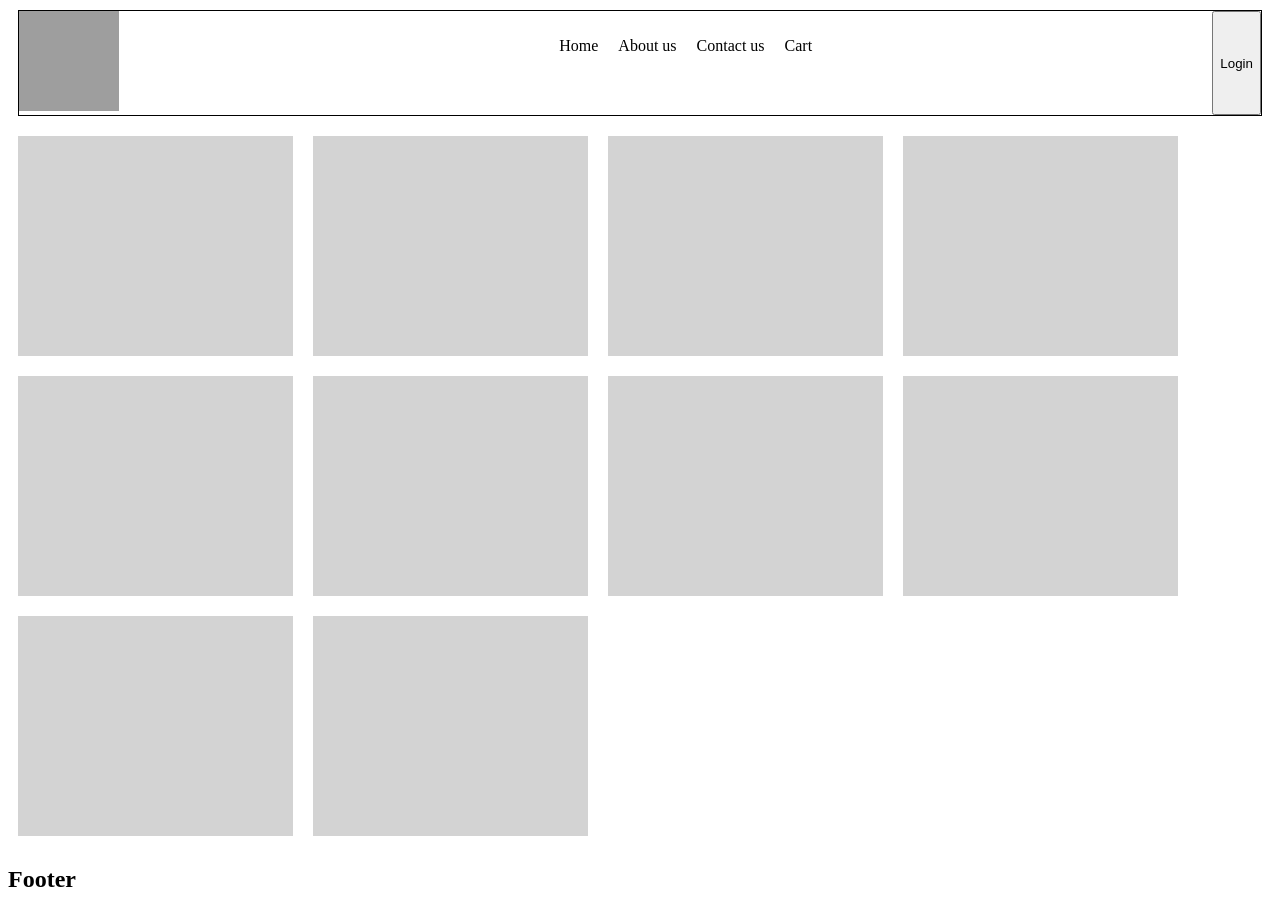
Repository: shivamv97/FOOD-VILLA-APP
Page: /
An editor plug-in stored every save of this project. The page is shown before and after the next save, followed by the edit.
The browser window is 1280 px wide. The pictures show the whole page.
Pictures or frames that could not be fetched are drawn as grey boxes. The page's requests for data from a server got no answer. The project was rebuilt for these pictures with package versions that can differ from the ones it lists, and the page was loaded fresh each time. No one was signed in, and anything a server would have sent is missing. Also part of the build but not shown: src/components/RestaurantCards.js.

Above is the page before, as saved 2024-08-05 11:14:37.

### index.html
<!DOCTYPE html>
<html lang="en">
  <head>
    <meta charset="UTF-8" />
    <meta name="viewport" content="width=device-width, initial-scale=1.0" />
    <title>Learning REACT</title>
    <link rel="stylesheet" href="style.css" />
  </head>
  <body>
    <div id="root">Not Rendered</div>
    <!-- <script
      crossorigin
      src="https://unpkg.com/react@18/umd/react.development.js"
    ></script>
    <script
      crossorigin
      src="https://unpkg.com/react-dom@18/umd/react-dom.development.js"
    ></script> -->
    <script type="module" src="src/App.js"></script>
  </body>
</html>

### style.css
.header {
  display: flex;
  justify-content: space-between;
  margin: 10px;
  border: 1px solid black;
}
.nav-items > ul {
  list-style-type: none;
  display: flex;
}

.nav-items > ul > li {
  padding: 10px;
}
.logo {
  width: 100px;
  height: 100px;
}

.card {
  width: 255px;
  border: 1px solid black;
  padding: 10px;
  margin: 10px;
  overflow-wrap: break-word;
}

.card > img {
  width: 100%;
}

.restaurant-list {
  display: flex;
  flex-wrap: wrap;
}

.shimmer-card {
  width: 255px;
  height: 200px;
  background: lightgrey;
  margin: 10px;
  padding: 10px;
}

### src/App.js
import React from "react";
import ReactDOM from "react-dom/client";
import HeaderComponent from "./components/Title";
import Body from "./components/Body";
import Footer from "./components/Footer";
import { createBrowserRouter, RouterProvider } from "react-router-dom";
import About from "./components/About";

const AppLayout = () => {
  return (
    <>
      <HeaderComponent />
      <Body />
      <Footer />
    </>
  );
};

const appRouter = createBrowserRouter([
  {
    path: "/",
    element: <AppLayout />,
  },
  {
    path: "/About",
    element: <About />,
  },
]);

const root = ReactDOM.createRoot(document.getElementById("root"));

root.render(<RouterProvider router={appRouter} />);
//root will render according to the AppRouter

### src/components/Title.js
import { useState } from "react";

const LoggedInUser = () => {
  //API used for authentication
  return true;
};

const Title = () => (
  <a href="/ ">
    <img
      className="logo"
      alt="logo"
      src="https://encrypted-tbn0.gstatic.com/images?q=tbn:ANd9GcTJtFXKFKFoihdrJEvX4jBtXqfcO2kJ0KAlIg&s"
    />
  </a>
);

const HeaderComponent = () => {
  const [isLoggedIn, setisLoggedIn] = useState(false);
  return (
    <div className="header">
      <Title />
      <div className="nav-items">
        <ul>
          <li>Home</li>
          <li>About us</li>
          <li>Contact us</li>
          <li>Cart</li>
        </ul>
      </div>
      {isLoggedIn ? (
        <button onClick={() => setisLoggedIn(false)}>Logout</button>
      ) : (
        <button onClick={() => setisLoggedIn(true)}>Login</button>
      )}
    </div>
  );
};

export default HeaderComponent;

### src/components/Body.js
import { restaurantlist } from "../config";
import RestrauntCard from "./RestaurantCards";
import { useState, useEffect } from "react";
import Shimmer from "./shimmer";

function filterdata(searchText, restaurants) {
  return restaurants.filter((restaurant) =>
    restaurant.info.name.toLowerCase().includes(searchText.toLowerCase())
  );
}

const Body = () => {
  // const searchTxt = "KFC"; //for reference...(IN JS)
  const [AllRestaurants, setAllRestaurants] = useState([]);
  const [FilteredRestaurants, setFilteredRestaurants] = useState([]); //restaurantlist
  const [searchText, setsearchText] = useState(""); //To create state variable.......(IN REACT)
  // console.log("render()");

  useEffect(() => {
    //API call
    GetRestaurants();
  }, []);

  async function GetRestaurants() {
    const data = await fetch(
      "https://www.swiggy.com/dapi/restaurants/list/v5?lat=28.7040592&lng=77.10249019999999&collection=83667"
    );
    const json = await data.json();
    console.log(json);
    //you have to make change only in line 32,in cards[i],where i is keep changing in the above api link,try from 0-11
    //it's an config-driven UI,Hence,it's Grid Element position keeps on changing.......
    setAllRestaurants(
      json?.data?.cards[1]?.card?.card?.gridElements?.infoWithStyle?.restaurants
    );
    setFilteredRestaurants(
      json?.data?.cards[1]?.card?.card?.gridElements?.infoWithStyle?.restaurants
    );
  }

  console.log("render");

  //Don't render component(Early Return)
  // if (!AllRestaurants) return null;
  // if (FilteredRestaurants?.length === 0) return <h1>No Restaurants Found!</h1>;

  //Conditional rendering
  return AllRestaurants?.length == 0 ? (
    <Shimmer />
  ) : (
    <>
      <div className="search-box">
        <input
          type="text"
          className="search-input"
          placeholder="Search"
          value={searchText}
          onChange={(e) => {
            setsearchText(e.target.value);
          }}
        />
        <button
          className="search-btn"
          onClick={() => {
            //filter the data according to need
            const data = filterdata(searchText, AllRestaurants);
            setFilteredRestaurants(data);
            //need to update the state-restaurants
          }}
        >
          Search
        </button>
      </div>
      <div className="restaurant-list">
        {
          FilteredRestaurants.map((restaurant) => {
            return (
              <RestrauntCard key={restaurant.info.id} {...restaurant.info} />
            );
          })
          //H.W. => 1.PROPER PLACE FOR NO RESTAURANTS FOUND   2.SEARCH WENT OFF WHEN IT IS SHOWING NO RESTAURANTS FOUND..........
        }
      </div>
    </>
  );
};

export default Body;

### src/components/Footer.js
const Footer = () => {
  return <h2>Footer</h2>;
};

export default Footer;

### src/config.js
//PUT MY all Hard Coded File Here
export const Img_cdn_url =
  "https://media-assets.swiggy.com/swiggy/image/upload/fl_lossy,f_auto,q_auto,w_660/";

//Config Driven UI
export const restaurantlist = [
  //public API of Swiggy
  {
    "@type": "type.googleapis.com/swiggy.presentation.food.v2.Restaurant",
    info: {
      id: "8561",
      name: "Mughlai Junction",
      cloudinaryImageId: "tnl2yuuxi8zjbgru6iqj",
      locality: "Connaught Place",
      areaName: "Connaught Place",
      costForTwo: "₹600 for two",
      cuisines: ["Mughlai", "North Indian", "Tandoor"],
      avgRating: 4.3,
      parentId: "5354",
      avgRatingString: "4.3",
      totalRatingsString: "10K+",
      promoted: true,
      adTrackingId:
        "cid=15007607~p=0~adgrpid=15007607#ag1~mp=SWIGGY_IN~bl=FOOD~aet=RESTAURANT~aeid=8561~eid=321f01bc-98c6-405c-89d6-b18422bb8f70~srvts=1721229990431~collid=83639",
      sla: {
        deliveryTime: 37,
        lastMileTravel: 4.8,
        serviceability: "SERVICEABLE",
        slaString: "35-40 mins",
        lastMileTravelString: "4.8 km",
        iconType: "ICON_TYPE_EMPTY",
      },
      availability: {
        nextCloseTime: "2024-07-17 23:00:00",
        opened: true,
      },
      badges: {},
      isOpen: true,
      type: "F",
      badgesV2: {
        entityBadges: {
          textExtendedBadges: {},
          textBased: {},
          imageBased: {},
        },
      },
      aggregatedDiscountInfoV3: {
        header: "10% OFF",
        subHeader: "UPTO ₹35",
      },
      orderabilityCommunication: {
        title: {},
        subTitle: {},
        message: {},
        customIcon: {},
      },
      differentiatedUi: {
        displayType: "ADS_UI_DISPLAY_TYPE_ENUM_DEFAULT",
        differentiatedUiMediaDetails: {
          mediaType: "ADS_MEDIA_ENUM_IMAGE",
          lottie: {},
          video: {},
        },
      },
      reviewsSummary: {},
      displayType: "RESTAURANT_DISPLAY_TYPE_DEFAULT",
      restaurantOfferPresentationInfo: {},
      externalRatings: {
        aggregatedRating: {
          rating: "4.4",
          ratingCount: "1K+",
        },
        source: "GOOGLE",
        sourceIconImageId: "v1704440323/google_ratings/rating_google_tag",
      },
      ratingsDisplayPreference: "RATINGS_DISPLAY_PREFERENCE_SHOW_SWIGGY",
    },
    analytics: {},
    cta: {
      link: "swiggy://menu?restaurant_id=8561&source=collection&query=Biryani",
      text: "RESTAURANT_MENU",
      type: "DEEPLINK",
    },
    widgetId: "collectionV5RestaurantListWidget_SimRestoRelevance_food",
  },

  {
    "@type": "type.googleapis.com/swiggy.presentation.food.v2.Restaurant",
    info: {
      id: "817359",
      name: "Zahra Restaurant & Cafe",
      cloudinaryImageId: "asaqtuuszx7hzmxpnfpo",
      locality: "Old Delhi",
      areaName: "Old Delhi",
      costForTwo: "₹300 for two",
      cuisines: ["Indian", "Tandoor", "Kebabs", "Snacks", "Biryani"],
      avgRating: 4.3,
      parentId: "229129",
      avgRatingString: "4.3",
      totalRatingsString: "100+",
      sla: {
        deliveryTime: 29,
        lastMileTravel: 1.3,
        serviceability: "SERVICEABLE",
        slaString: "25-30 mins",
        lastMileTravelString: "1.3 km",
        iconType: "ICON_TYPE_EMPTY",
      },
      availability: {
        nextCloseTime: "2024-07-17 22:59:00",
        opened: true,
      },
      badges: {},
      isOpen: true,
      type: "F",
      badgesV2: {
        entityBadges: {
          textExtendedBadges: {},
          textBased: {},
          imageBased: {},
        },
      },
      aggregatedDiscountInfoV3: {
        header: "50% OFF",
        subHeader: "UPTO ₹100",
      },
      orderabilityCommunication: {
        title: {},
        subTitle: {},
        message: {},
        customIcon: {},
      },
      differentiatedUi: {
        displayType: "ADS_UI_DISPLAY_TYPE_ENUM_DEFAULT",
        differentiatedUiMediaDetails: {
          mediaType: "ADS_MEDIA_ENUM_IMAGE",
          lottie: {},
          video: {},
        },
      },
      reviewsSummary: {},
      displayType: "RESTAURANT_DISPLAY_TYPE_DEFAULT",
      restaurantOfferPresentationInfo: {},
      externalRatings: {
        aggregatedRating: {
          rating: "--",
        },
      },
      ratingsDisplayPreference: "RATINGS_DISPLAY_PREFERENCE_SHOW_SWIGGY",
    },
    analytics: {},
    cta: {
      link: "swiggy://menu?restaurant_id=817359&source=collection&query=Biryani",
      text: "RESTAURANT_MENU",
      type: "DEEPLINK",
    },
    widgetId: "collectionV5RestaurantListWidget_SimRestoRelevance_food",
  },

  {
    "@type": "type.googleapis.com/swiggy.presentation.food.v2.Restaurant",
    info: {
      id: "81523",
      name: "Amma Mess",
      cloudinaryImageId: "a09jpzja1zusso85bbmz",
      locality: "Karol Bagh",
      areaName: "Karol Bagh",
      costForTwo: "₹300 for two",
      cuisines: ["South Indian"],
      avgRating: 4.5,
      parentId: "15687",
      avgRatingString: "4.5",
      totalRatingsString: "10K+",
      promoted: true,
      adTrackingId:
        "cid=15010070~p=1~adgrpid=15010070#ag1~mp=SWIGGY_IN~bl=FOOD~aet=RESTAURANT~aeid=81523~eid=b2807d99-426d-4265-8bac-9448c8101a5f~srvts=1721229990431~collid=83639",
      sla: {
        deliveryTime: 37,
        lastMileTravel: 6.3,
        serviceability: "SERVICEABLE",
        slaString: "35-40 mins",
        lastMileTravelString: "6.3 km",
        iconType: "ICON_TYPE_EMPTY",
      },
      availability: {
        nextCloseTime: "2024-07-17 22:30:00",
        opened: true,
      },
      badges: {},
      isOpen: true,
      aggregatedDiscountInfoV2: {},
      type: "F",
      badgesV2: {
        entityBadges: {
          textBased: {},
          imageBased: {},
          textExtendedBadges: {},
        },
      },
      orderabilityCommunication: {
        title: {},
        subTitle: {},
        message: {},
        customIcon: {},
      },
      differentiatedUi: {
        displayType: "ADS_UI_DISPLAY_TYPE_ENUM_DEFAULT",
        differentiatedUiMediaDetails: {
          mediaType: "ADS_MEDIA_ENUM_IMAGE",
          lottie: {},
          video: {},
        },
      },
      reviewsSummary: {},
      displayType: "RESTAURANT_DISPLAY_TYPE_DEFAULT",
      restaurantOfferPresentationInfo: {},
      externalRatings: {
        aggregatedRating: {
          rating: "4.2",
          ratingCount: "1K+",
        },
        source: "GOOGLE",
        sourceIconImageId: "v1704440323/google_ratings/rating_google_tag",
      },
      ratingsDisplayPreference: "RATINGS_DISPLAY_PREFERENCE_SHOW_SWIGGY",
    },
    analytics: {},
    cta: {
      link: "swiggy://menu?restaurant_id=81523&source=collection&query=Biryani",
      text: "RESTAURANT_MENU",
      type: "DEEPLINK",
    },
    widgetId: "collectionV5RestaurantListWidget_SimRestoRelevance_food",
  },

  {
    "@type": "type.googleapis.com/swiggy.presentation.food.v2.Restaurant",
    info: {
      id: "144716",
      name: "Mughlai Invitation",
      cloudinaryImageId: "a4530760ed2ff35b487605618cc6dc45",
      areaName: "Chandni Chowk",
      costForTwo: "₹200 for two",
      cuisines: ["Indian", "Mughlai", "Biryani", "Sweets"],
      avgRating: 4.6,
      parentId: "141076",
      avgRatingString: "4.6",
      totalRatingsString: "100+",
      sla: {
        deliveryTime: 30,
        lastMileTravel: 1.5,
        serviceability: "SERVICEABLE",
        slaString: "30-35 mins",
        lastMileTravelString: "1.5 km",
        iconType: "ICON_TYPE_EMPTY",
      },
      availability: {
        nextCloseTime: "2024-07-17 22:59:00",
        opened: true,
      },
      badges: {},
      isOpen: true,
      aggregatedDiscountInfoV2: {},
      type: "F",
      badgesV2: {
        entityBadges: {
          textExtendedBadges: {},
          textBased: {},
          imageBased: {},
        },
      },
      orderabilityCommunication: {
        title: {},
        subTitle: {},
        message: {},
        customIcon: {},
      },
      differentiatedUi: {
        displayType: "ADS_UI_DISPLAY_TYPE_ENUM_DEFAULT",
        differentiatedUiMediaDetails: {
          mediaType: "ADS_MEDIA_ENUM_IMAGE",
          lottie: {},
          video: {},
        },
      },
      reviewsSummary: {},
      displayType: "RESTAURANT_DISPLAY_TYPE_DEFAULT",
      restaurantOfferPresentationInfo: {},
      externalRatings: {
        aggregatedRating: {
          rating: "4.8",
          ratingCount: "100+",
        },
        source: "GOOGLE",
        sourceIconImageId: "v1704440323/google_ratings/rating_google_tag",
      },
      ratingsDisplayPreference: "RATINGS_DISPLAY_PREFERENCE_SHOW_SWIGGY",
    },
    analytics: {},
    cta: {
      link: "swiggy://menu?restaurant_id=144716&source=collection&query=Biryani",
      text: "RESTAURANT_MENU",
      type: "DEEPLINK",
    },
    widgetId: "collectionV5RestaurantListWidget_SimRestoRelevance_food",
  },

  {
    "@type": "type.googleapis.com/swiggy.presentation.food.v2.Restaurant",
    info: {
      id: "64321",
      name: "Southern Masala",
      cloudinaryImageId: "14527e27a298304dd07904f777372cb5",
      locality: "Karol Bagh",
      areaName: "Karol Bagh",
      costForTwo: "₹350 for two",
      cuisines: ["Andhra", "Biryani", "South Indian", "Thalis"],
      avgRating: 3.9,
      parentId: "17286",
      avgRatingString: "3.9",
      totalRatingsString: "1K+",
      promoted: true,
      adTrackingId:
        "cid=15472783~p=2~adgrpid=15472783#ag1~mp=SWIGGY_IN~bl=FOOD~aet=RESTAURANT~aeid=64321~eid=785e1ed6-7474-46a2-ba9f-4a9325d5fabc~srvts=1721229990431~collid=83639",
      sla: {
        deliveryTime: 38,
        lastMileTravel: 5,
        serviceability: "SERVICEABLE",
        slaString: "35-40 mins",
        lastMileTravelString: "5.0 km",
        iconType: "ICON_TYPE_EMPTY",
      },
      availability: {
        nextCloseTime: "2024-07-17 22:00:00",
        opened: true,
      },
      badges: {},
      isOpen: true,
      type: "F",
      badgesV2: {
        entityBadges: {
          textBased: {},
          imageBased: {},
          textExtendedBadges: {},
        },
      },
      aggregatedDiscountInfoV3: {
        header: "₹125 OFF",
        subHeader: "ABOVE ₹199",
        discountTag: "FLAT DEAL",
      },
      orderabilityCommunication: {
        title: {},
        subTitle: {},
        message: {},
        customIcon: {},
      },
      differentiatedUi: {
        displayType: "ADS_UI_DISPLAY_TYPE_ENUM_DEFAULT",
        differentiatedUiMediaDetails: {
          mediaType: "ADS_MEDIA_ENUM_IMAGE",
          lottie: {},
          video: {},
        },
      },
      reviewsSummary: {},
      displayType: "RESTAURANT_DISPLAY_TYPE_DEFAULT",
      restaurantOfferPresentationInfo: {},
      externalRatings: {
        aggregatedRating: {
          rating: "4.1",
          ratingCount: "100+",
        },
        source: "GOOGLE",
        sourceIconImageId: "v1704440323/google_ratings/rating_google_tag",
      },
      ratingsDisplayPreference: "RATINGS_DISPLAY_PREFERENCE_SHOW_SWIGGY",
    },
    analytics: {},
    cta: {
      link: "swiggy://menu?restaurant_id=64321&source=collection&query=Biryani",
      text: "RESTAURANT_MENU",
      type: "DEEPLINK",
    },
    widgetId: "collectionV5RestaurantListWidget_SimRestoRelevance_food",
  },
];

### src/components/shimmer.js
const Shimmer = () => {
  return (
    <div className="restaurant-list">
      {Array(10)
        .fill("")
        .map((e, index) => (
          <div key={index} className="shimmer-card"></div>
        ))}
    </div>
  );
};

export default Shimmer;

### src/components/About.js
const About = () => {
  return (
    <div>
      <h1>About us Page</h1>
    </div>
  );
};

export default About;

After the next save:
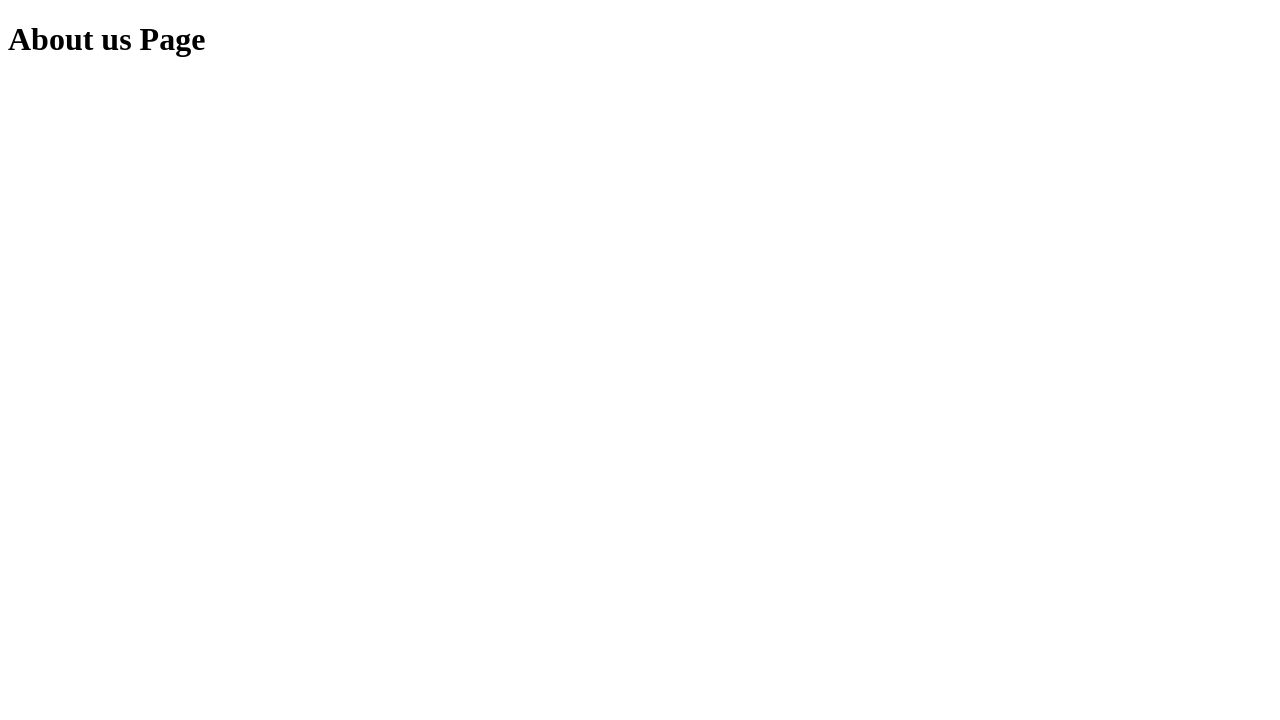
Saved 9 min 22 s later.
--- a/src/App.js
+++ b/src/App.js
@@ -29,5 +29,5 @@
 
 const root = ReactDOM.createRoot(document.getElementById("root"));
 
-root.render(<RouterProvider router={appRouter} />);
+root.render(<About />);
 //root will render according to the AppRouter

After the save that followed:
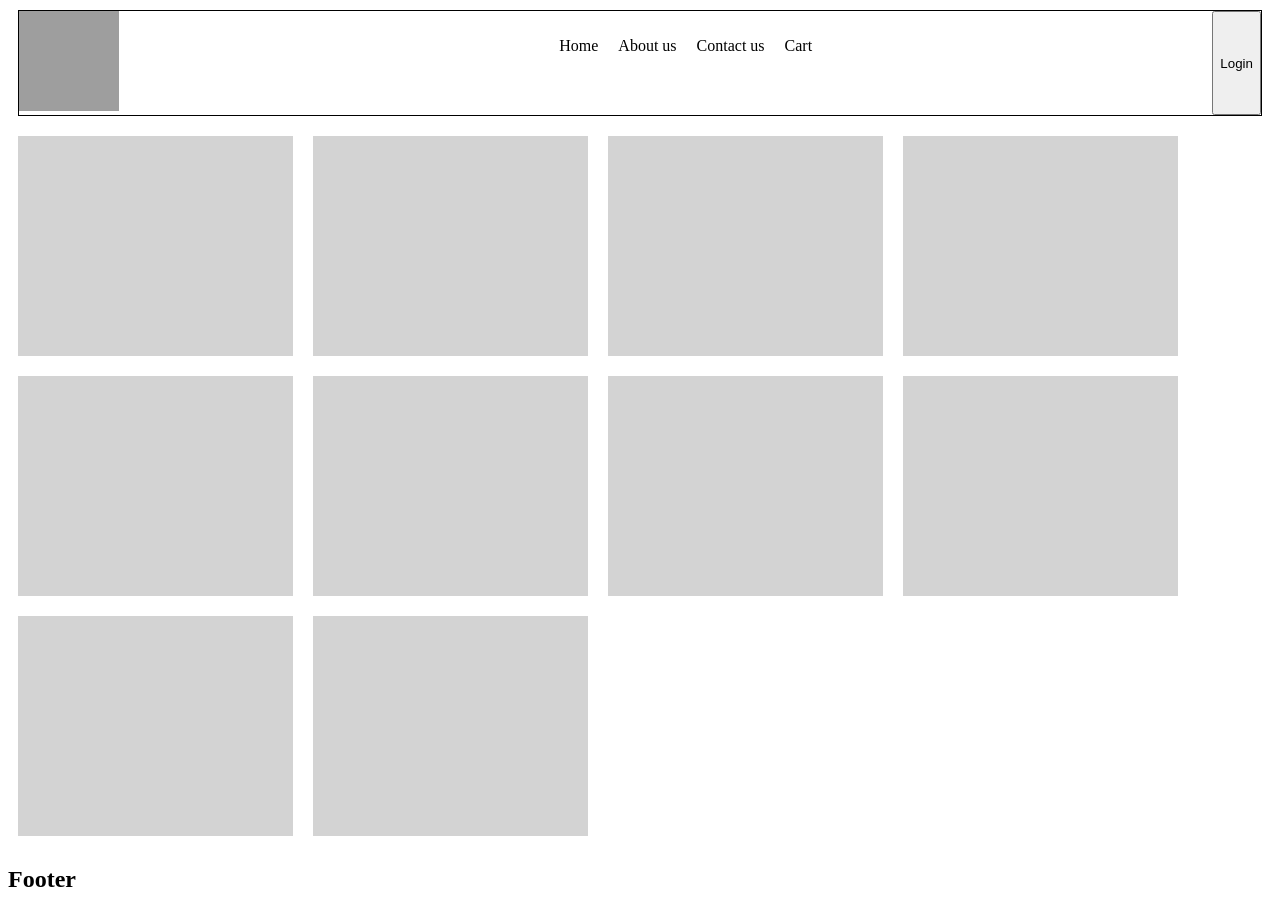
Saved 10 s later.
--- a/src/App.js
+++ b/src/App.js
@@ -29,5 +29,5 @@
 
 const root = ReactDOM.createRoot(document.getElementById("root"));
 
-root.render(<About />);
+root.render(<RouterProvider router={appRouter} />);
 //root will render according to the AppRouter
